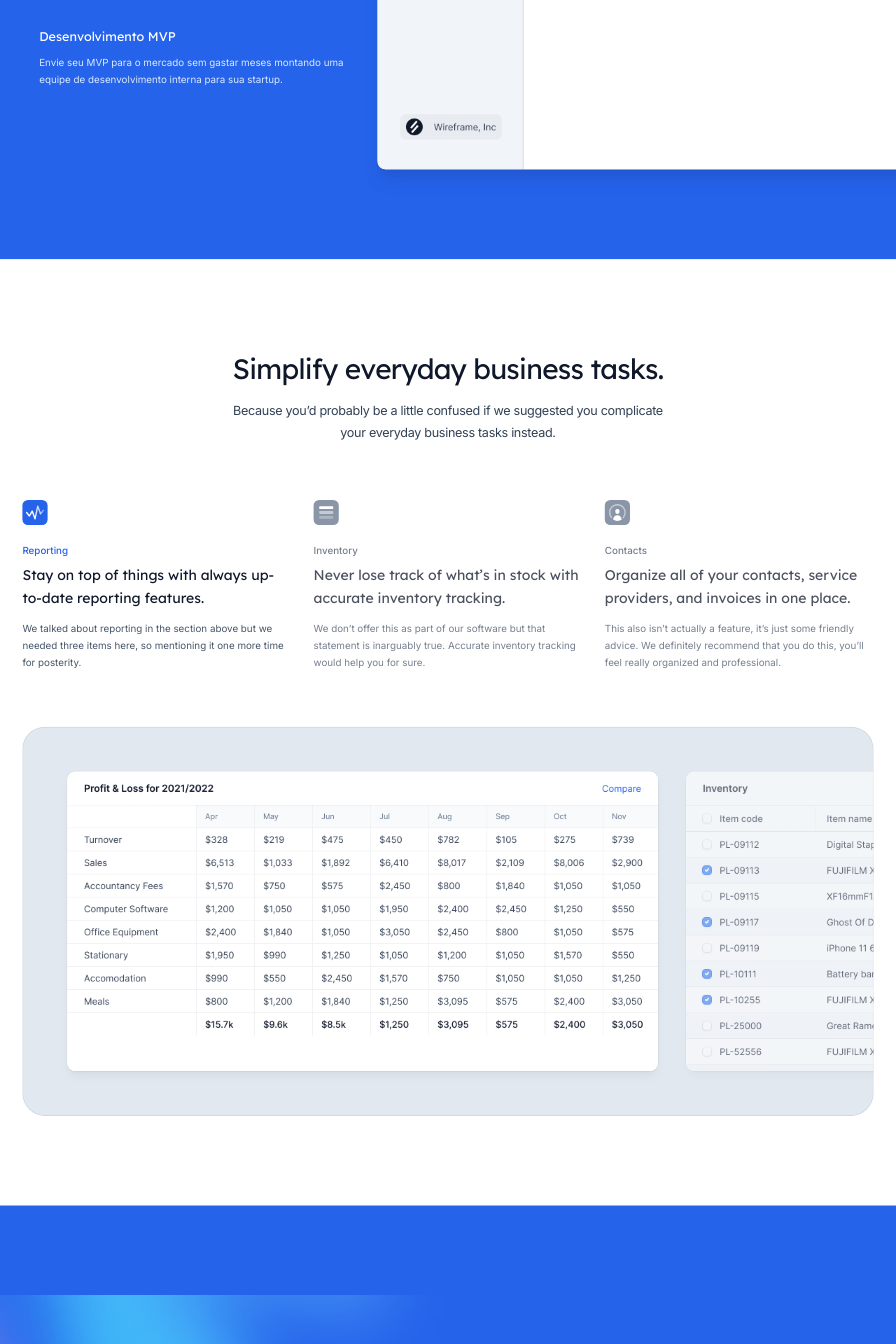
Repository: LuisSempre/imaginative
Page: /
An editor plug-in stored every save of this project. The page is shown before and after the next save, followed by the edit.
The browser window is 1280 px wide. The pictures show the part of the page from y = 2693 to 4613 px (the page is 9918 px tall before and 10030 px after), at 70% of full size.
The project was rebuilt for these pictures with package versions that can differ from the ones it lists, and the page was loaded fresh each time. The framework's server and built-in components were replaced by stand-ins that run in the browser. Also part of the build but not shown: next.config.js.

Above is the page before, as saved 2022-07-15 10:33:46.

After the next save:
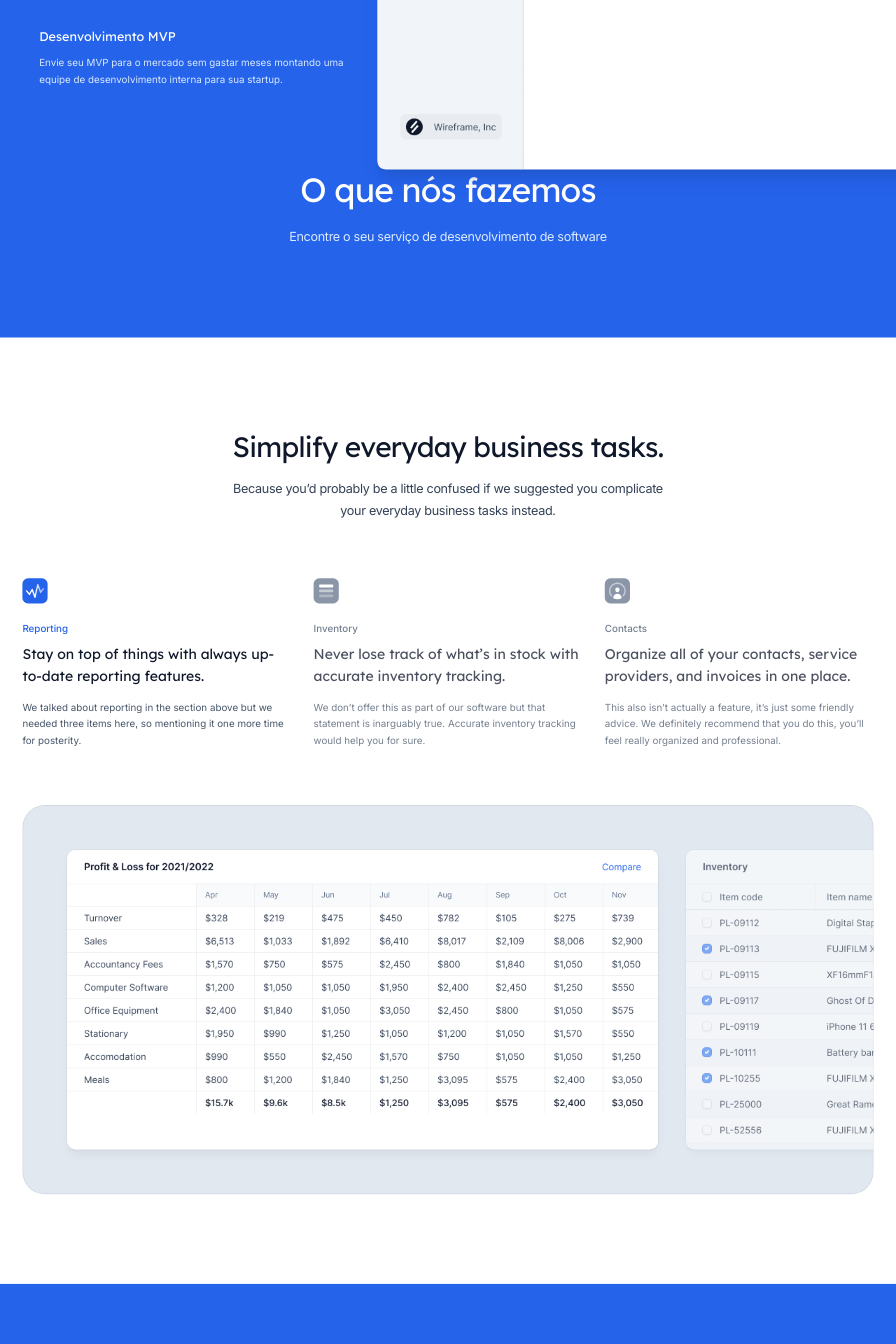
Saved 8 min 6 s later.
--- a/src/components/PrimaryFeatures.jsx
+++ b/src/components/PrimaryFeatures.jsx
@@ -149,6 +149,14 @@
           )}
         </Tab.Group>
       </Container>
+      <div className="max-w-2xl md:mx-auto md:text-center xl:max-w-none">
+          <h2 className="text-3xl tracking-tight text-white font-display sm:text-4xl md:text-5xl">
+            O que nós fazemos
+          </h2>
+          <p className="mt-6 text-lg tracking-tight text-blue-100">
+            Encontre o seu serviço de desenvolvimento de software
+          </p>
+        </div>
     </section>
   )
 }

After the save that followed:
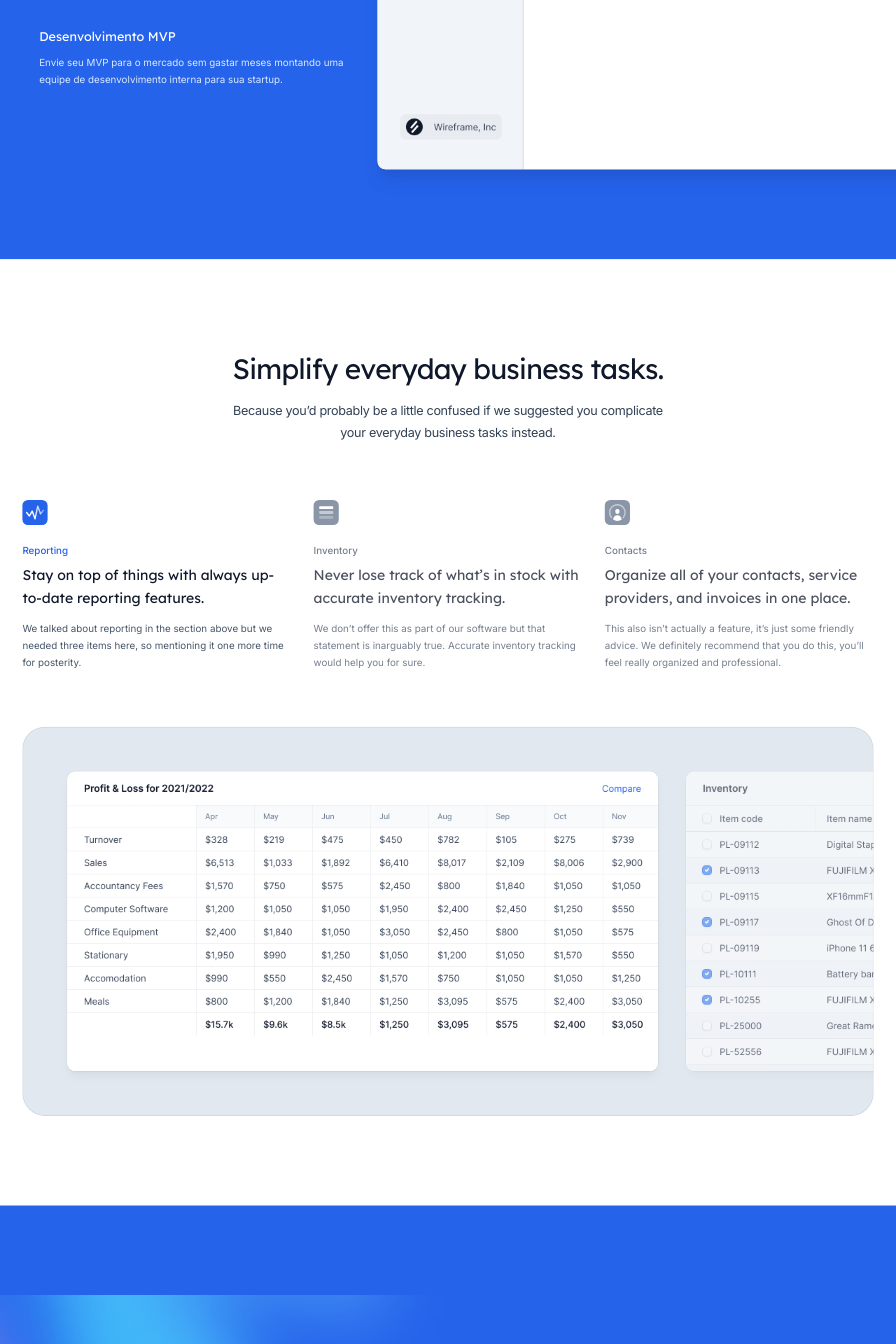
Saved 15 s later.
--- a/src/components/PrimaryFeatures.jsx
+++ b/src/components/PrimaryFeatures.jsx
@@ -149,14 +149,7 @@
           )}
         </Tab.Group>
       </Container>
-      <div className="max-w-2xl md:mx-auto md:text-center xl:max-w-none">
-          <h2 className="text-3xl tracking-tight text-white font-display sm:text-4xl md:text-5xl">
-            O que nós fazemos
-          </h2>
-          <p className="mt-6 text-lg tracking-tight text-blue-100">
-            Encontre o seu serviço de desenvolvimento de software
-          </p>
-        </div>
+
     </section>
   )
 }
